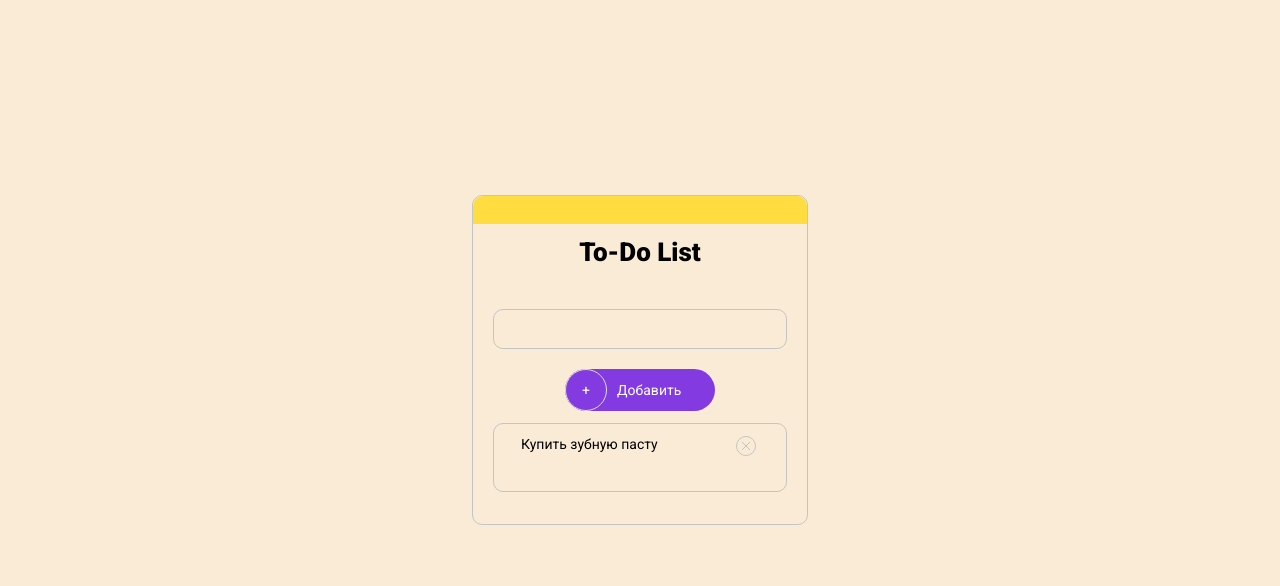
Repository: NatiqSamiyev/To-do-List-js
Page: insex.html
The author's editor kept a copy of each file at every save. The page is drawn from the files as they stood at one save, then again after the next save.
The browser window is 1280 px wide. The pictures show the whole page.
Empty fields were first filled with sample values (such as "Sample", 5 or name@example.com).
After loading, the first visible `form` was submitted once.
Some web fonts or font styles are not loaded; a fallback is used.

Above is the page before, as saved 2023-10-31 12:12:30.

After the next save:
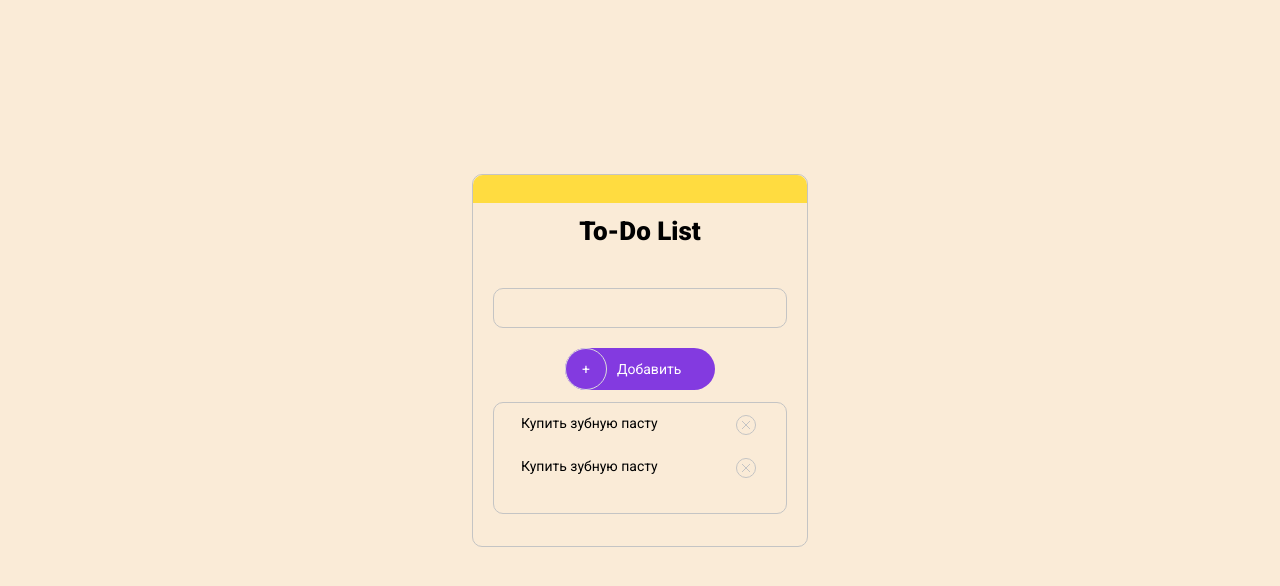
Saved 29 s later.
--- a/insex.html
+++ b/insex.html
@@ -24,7 +24,12 @@
             </button>
           </form>
           <ul>
-
+            <li>
+              <h3>Купить зубную пасту</h3>
+              <button class="remove-btn">
+                <img src="./image/Group 56.svg" alt="" />
+              </button>
+            </li>
           </ul>
         </main>
       </div>
